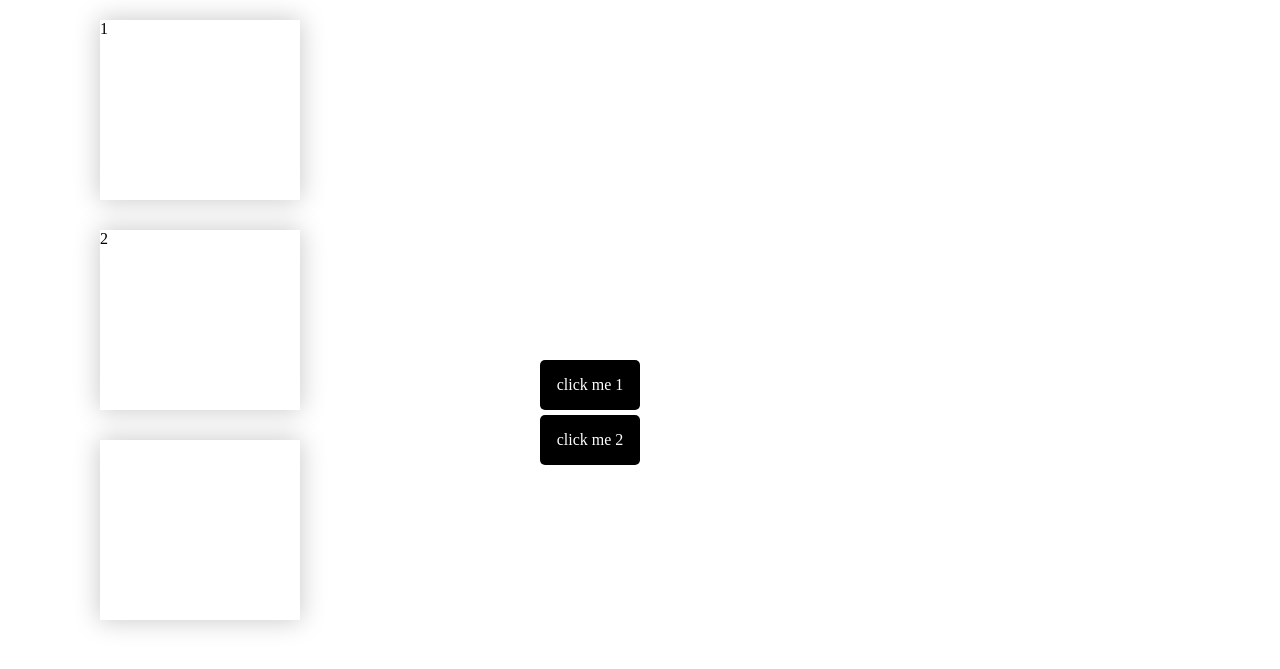
Repository: NguyenDucHung20002/project-demo2
Page: test/test2.html
An editor plug-in stored every save of this project. The page is shown before and after the next save, followed by the edit.
The browser window is 1280 px wide. The pictures show the whole page.
After loading, the first visible `div.btn` was clicked once.
The style sheet was rebuilt from its Sass, Less or Tailwind sources for each picture, by a compiler version that may differ from the author's.

Above is the page before, as saved 2022-05-21 15:57:58.

After the next save:
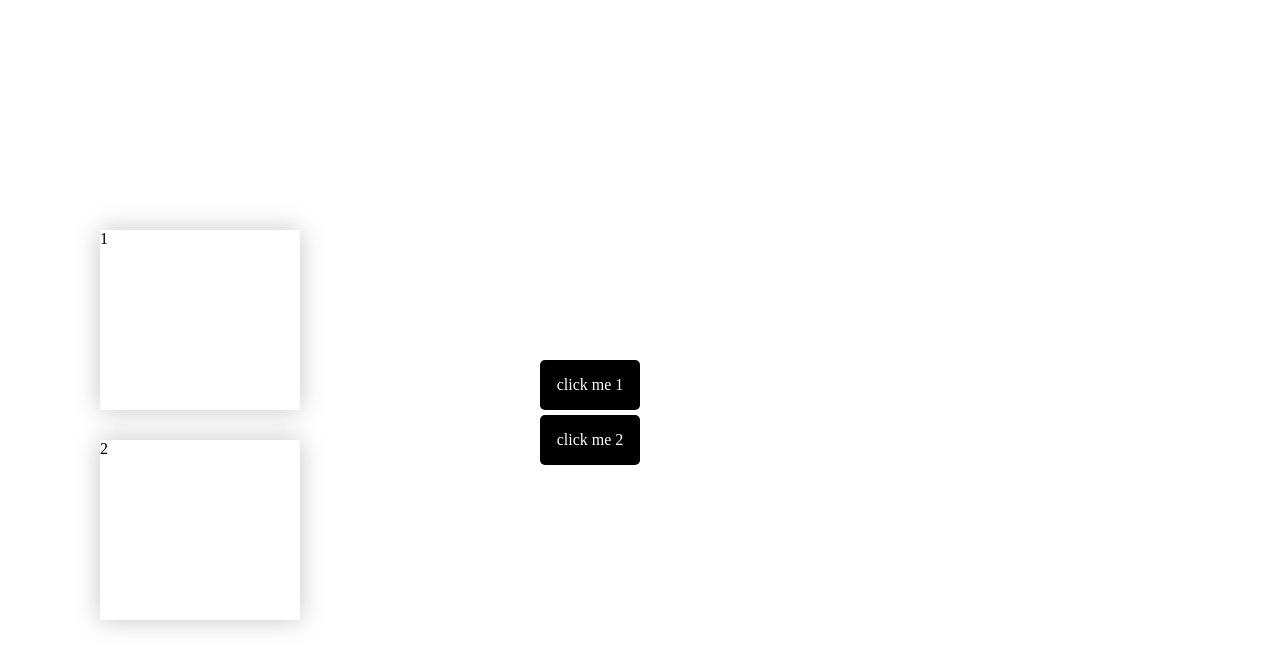
Console error: TypeError: Cannot set properties of undefined (setting 'innerHTML')
Saved 15 s later.
--- a/test/test2.js
+++ b/test/test2.js
@@ -4,6 +4,6 @@
   const id = $(this).data("id");
   console.log("con cac", id);
   const div = document.createElement("div");
-  div.classList.add("added-product");
+  div.classList.add("added-product").innerHTML = `<div class="name">hihi</div>`;
   document.querySelector(".active-added-product").appendChild(div);
 });

After the save that followed:
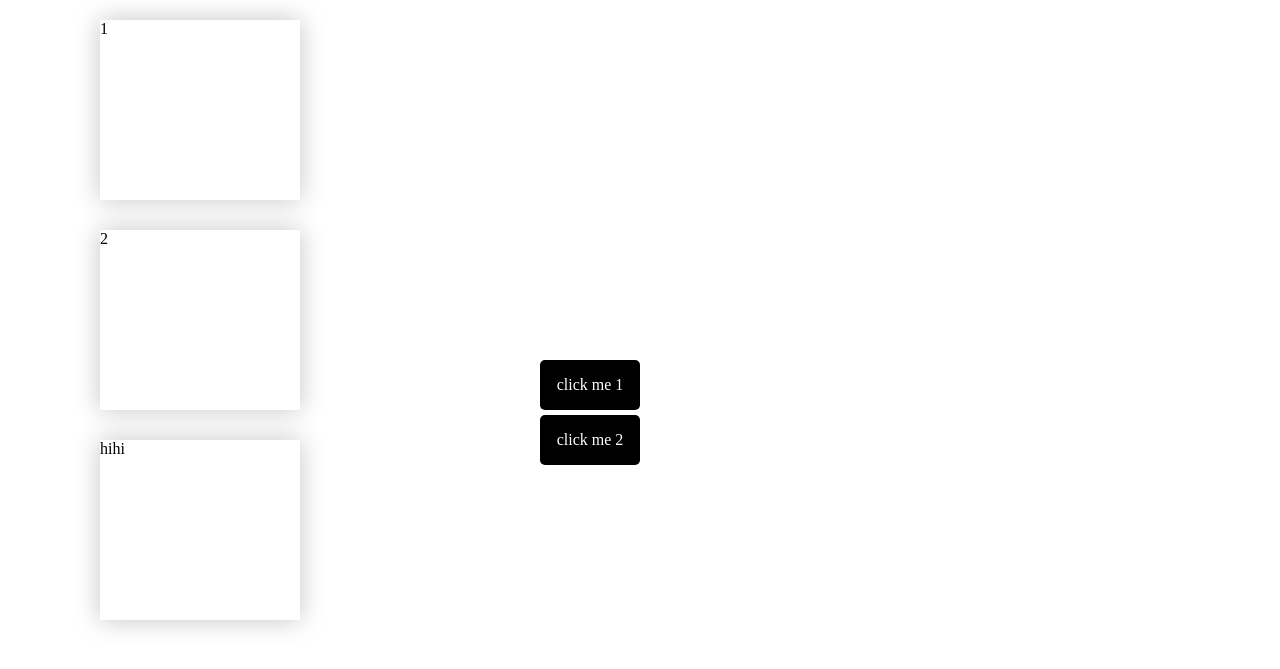
The error is gone.
Saved 30 s later.
--- a/test/test2.js
+++ b/test/test2.js
@@ -4,6 +4,7 @@
   const id = $(this).data("id");
   console.log("con cac", id);
   const div = document.createElement("div");
-  div.classList.add("added-product").innerHTML = `<div class="name">hihi</div>`;
+  div.classList.add("added-product");
+  div.innerHTML = `<div class="name">hihi</div>`;
   document.querySelector(".active-added-product").appendChild(div);
 });
